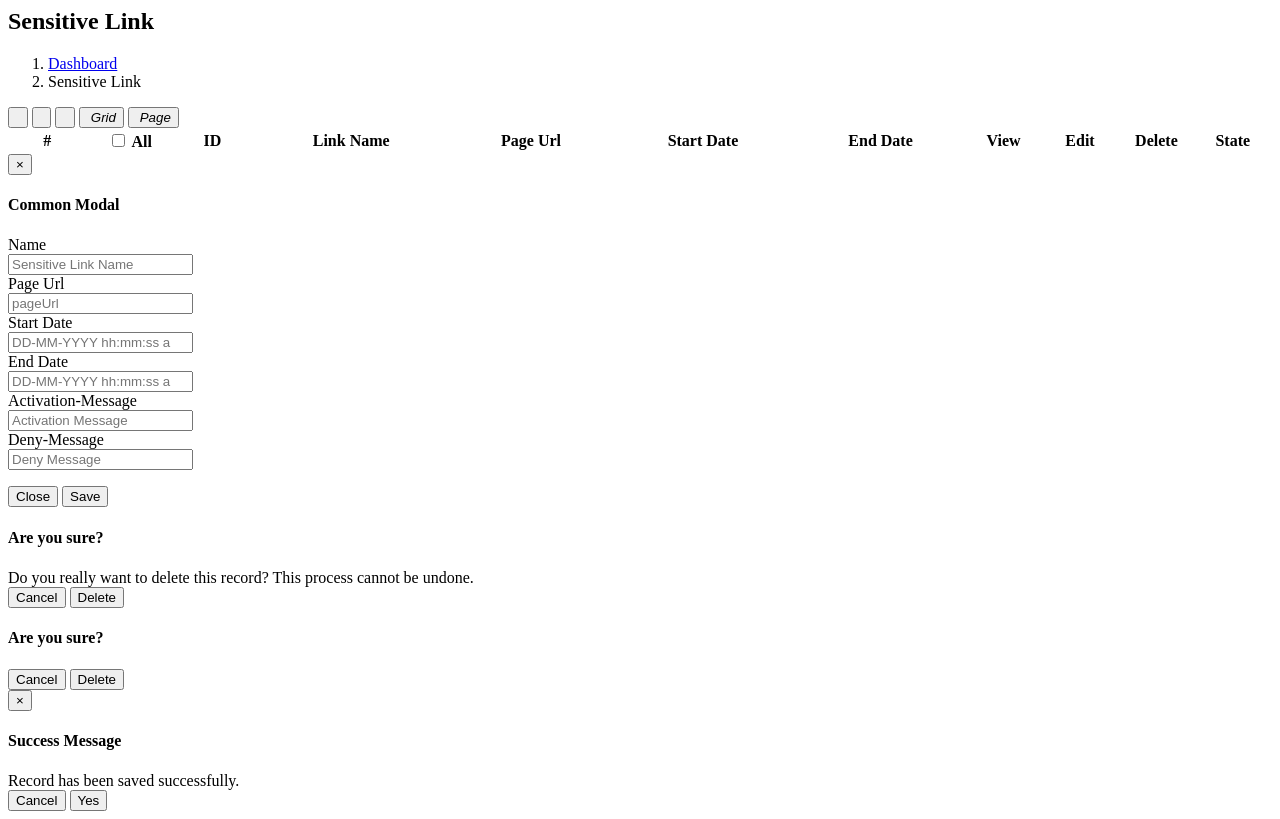
Repository: sanjeev167/IndiaOnLineVoting_3112020
Page: http://localhost/IndiaOnLineVoting/WEB-INF/jsp/adm/sensitiveLink.jsp
These files come from the project's save history. The page is drawn as it stood at one moment and after the next save; the edit follows.
The browser window is 1280 px wide. The pictures show the whole page.
The page is served by Tomcat 9. Nobody is signed in. Other server files are loaded and not shown. The template is opened directly, without the code that normally fills it, so the values that code supplies are empty.

Above is the page before, as saved 2020-11-09 03:41:08.
Console error: TypeError: $(...).DataTable is not a function

### IndiaOnLineVoting/src/main/webapp/WEB-INF/jsp/adm/sensitiveLink.jsp

<!-- Content Header (Page header) -->
<section class="content-header">
	<h1>Sensitive Link</h1>
	<ol class="breadcrumb">
		<li><a href="#"><i class="fa fa-dashboard"></i> Dashboard</a></li>
		<li class="active">Sensitive Link</li>
	</ol>
</section>



<!-- Main content -->
<section class="content container-fluid">
	<div class="row">
		<div class="col-md-12">
			<div class="box box-primary ">
				<div class="box-header with-border">

					<div class="box-title">
						<div class="box-tools pull-right">
							<button type="button">
								<i class="fa fa-plus addClass" data-toggle="modal">&nbsp;</i>
							</button>
							<button type="button" id="deleteSelected">
								<i class="fa fa-trash-o" data-toggle="modal">&nbsp;</i>
							</button>
							<button type="button">
								<i class="fa fa-search searchClass" data-toggle="modal">&nbsp;</i>
							</button>
							<button type="button" id="reloadGrid">
								<i class="fa fa-refresh">&nbsp;Grid</i>
							</button>
							<button type="button" id="refreshGrid">
								<i class="fa fa-refresh">&nbsp;Page</i>
							</button>
						</div>
					</div>
				</div>

				<div class="box-body ">
					<table width="100%" id="sensitiveLinkId"
						class="table table-striped table-bordered table-hover table-condensed dt-responsive data-table">
						<thead>
							<tr>
								<th width="6%">#</th>
								<th width="7%"><input id="chkAll" type="checkbox">&nbsp;All</th>
								<th width="6%">ID</th>
								<th>Link Name</th>
								<th>Page Url</th>
								<th>Start Date</th>
								<th>End Date</th>
								<th width="6%">View</th>
								<th width="6%">Edit</th>
								<th width="6%">Delete</th>
								<th width="6%">State</th>
							</tr>
						</thead>

					</table>
				</div>
				<!-- /.box-body -->
			</div>
			<!-- /.box -->
		</div>
		<!-- /.col -->
	</div>
</section>
<!-- /.content -->





<!-- Modals for this form -->
<!-- modal for add/update/view/search -->
<div class="modal fade" id="modal-common">
	<div class="modal-dialog modal-md">
		<div class="modal-content" style="border-radius: 10px;">
			<div class="modal-header">
				<button type="button" class="close" data-dismiss="modal"
					aria-label="Close">
					<span aria-hidden="true">&times;</span>
				</button>
				<h4 class="modal-title" id="commonModalTitleId">Common Modal</h4>
			</div>
			<div class="modal-body">
				<!-- form start -->
				<form class="form-horizontal" id="commonFormId" action="">
					<div class="box-body">
						<h5 id="successMsgId"></h5>
						<h5 id="searchMsgId"></h5>
						<div class="form-group">
							<label for="inputCountryName" class="col-sm-5 control-label">
								 Name</label>
							<div class="col-sm-7">
								<input type="select" class="form-control" name="name"
									id="nameId" placeholder="Sensitive Link Name"> <span
									id="name_err" class="field-error"></span>
							</div>
						</div>
						<div class="form-group">
							<label for="inputSortName" class="col-sm-5 control-label">
								Page Url</label>
							<div class="col-sm-7">
								<input type="text" class="form-control" name="pageUrl"
									id="pageUrlId" placeholder="pageUrl">
								<span id="pageUrl_err" class="field-error"></span>
							</div>
						</div>

						<div class="form-group" id="StartDateId2">
							<label for="StartDate" class="col-sm-5 control-label">
								Start Date</label>
							<div class="col-sm-7">
								<input type="text" min="0" class="form-control"
									name="activateStartDateS" id="activateStartDateSId"
									placeholder="DD-MM-YYYY hh:mm:ss a" data-inputmask="'mask': '99-99-9999 99:99:99 AA'" data-mask> <span
									id="activateStartDateS_err" class="field-error"></span>
							</div>
						</div>

						<div class="form-group" id="EndDateId2">
							<label for="StartDate" class="col-sm-5 control-label">
								End Date</label>
							<div class="col-sm-7">
								<input type="text" min="0" class="form-control"
									name="activateEndDateS" id="activateEndDateSId"
									placeholder="DD-MM-YYYY hh:mm:ss a" data-inputmask="'mask': '99-99-9999 99:99:99 AA'" data-mask> <span
									id="activateEndDateS_err" class="field-error"></span>
							</div>
						</div>

						<div class="form-group" id="activationMessageId2">
							<label for="activationMessage" class="col-sm-5 control-label">
								Activation-Message</label>
							<div class="col-sm-7">
								<input type="text" min="0" class="form-control"
									name="activationMessage" id="activationMessageId"
									placeholder="Activation Message" > <span
									id="activationMessage_err" class="field-error"></span>
							</div>
						</div>
						<div class="form-group" id="denyMessageId2">
							<label for="denyMessage" class="col-sm-5 control-label">
								Deny-Message</label>
							<div class="col-sm-7">
								<input type="text" min="0" class="form-control"
									name="denyMessage" id="denyMessageId"
									placeholder="Deny Message" > <span
									id="denyMessage_err" class="field-error"></span>
							</div>
						</div>


						<input hidden="true" name="id" id="sensitiveLinkRecordId" />
					</div>
					<!-- /.box-body -->

					<!-- /.box-footer -->
				</form>

			</div>
			<div class="modal-footer">
				<button type="button" class="btn btn-info" data-dismiss="modal">Close</button>
				<button type="button"
					class="btn btn-warning commonButtonActionClass"
					id="commonButtonActionId">Save</button>
			</div>
		</div>
		<!-- /.modal-content -->
	</div>
	<!-- /.modal-dialog -->
</div>
<!-- /.modal -->

<!-- modal for delete -->
<div class="modal fade" id="modal-delete">
	<div class="modal-dialog modal-sm modal-confirm">
		<div class="modal-content" style="border-radius: 10px;">
			<div class="modal-header">
				<h4 class="modal-title">Are you sure?</h4>

			</div>
			<div class="modal-body">
				<h5 id="deleteSuccessMsgId"></h5>
				<label>Do you really want to delete this record? This
					process cannot be undone.</label>
			</div>
			<input hidden="true" name="recordId" id="recordIdForDelete" />
			<div class="modal-footer">
				<button type="button" class="btn btn-info" data-dismiss="modal">Cancel</button>
				<button type="button" class="btn btn-danger" id="deleteFormButtonId">Delete</button>
			</div>
		</div>
		<!-- /.modal-content -->
	</div>
	<!-- /.modal-dialog -->
</div>
<!-- /.modal -->

<!-- modal for selected Delete -->
<div class="modal fade" id="modal-sDelete">
	<!-- modal for selected delete -->
	<div class="modal-dialog modal-sm modal-confirm">
		<div class="modal-content" style="border-radius: 10px;">
			<div class="modal-header">
				<h4 class="modal-title">Are you sure?</h4>

			</div>
			<div class="modal-body">
				<h5 id="deleteSelectedSuccessMsgId"></h5>
				<label id="showAllertMsg"></label>
				<div id="showSelectedRow" style="margin-top: 10px;"></div>

			</div>
			<div class="modal-footer">
				<button type="button" class="btn btn-info" data-dismiss="modal">Cancel</button>
				<button type="button" class="btn btn-danger"
					id="deleteSelFormButtonId">Delete</button>
			</div>

		</div>
		<!-- /.modal-content -->
	</div>
	<!-- /.modal-dialog -->
</div>
<!-- /.modal -->

<!-- modal for success -->
<div class="modal fade" id="modal-success">
	<div class="modal-dialog modal-sm modal-success">
		<div class="modal-content" style="border-radius: 10px;">
			<div class="modal-header">
				<button type="button" class="close" data-dismiss="modal"
					aria-label="Close">
					<span aria-hidden="true">&times;</span>
				</button>
				<h4 class="modal-title">Success Message</h4>
			</div>
			<div class="modal-body">
				<div class="modal-body">Record has been saved successfully.</div>
			</div>
			<div class="modal-footer">
				<button type="button" class="btn btn-default pull-left"
					data-dismiss="modal">Cancel</button>
				<button type="button" class="btn btn-primary">Yes</button>
			</div>
		</div>
		<!-- /.modal-content -->
	</div>
	<!-- /.modal-dialog -->
</div>
<!-- /.modal -->

<!-- End of modal for form -->



<!-- jQuery 3  -->
<script	src="https://ajax.googleapis.com/ajax/libs/jquery/3.4.1/jquery.min.js"></script>
<script	src="https://maxcdn.bootstrapcdn.com/bootstrap/3.4.0/js/bootstrap.min.js"></script>

<script src="${contextPath}/resources/assets/pageSpecific/js/sensitiveLink.js"></script>

Loaded but not shown: IndiaOnLineVoting/src/main/webapp/resources/assets/pageSpecific/js/sensitiveLink.js (663 lines, source omitted)

After the next save:
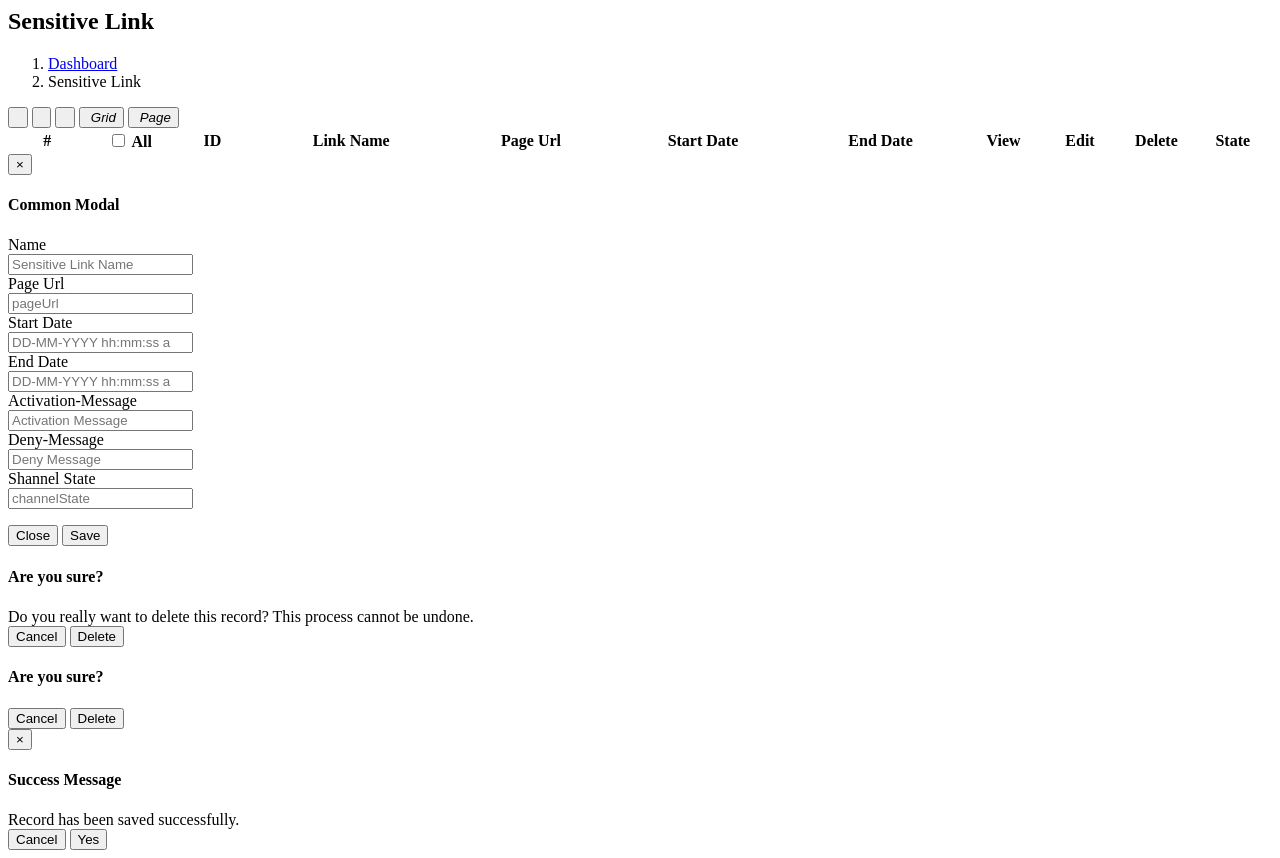
Saved 22 min 59 s later.
--- a/IndiaOnLineVoting/src/main/webapp/WEB-INF/jsp/adm/sensitiveLink.jsp
+++ b/IndiaOnLineVoting/src/main/webapp/WEB-INF/jsp/adm/sensitiveLink.jsp
@@ -151,6 +151,16 @@
 									id="denyMessage_err" class="field-error"></span>
 							</div>
 						</div>
+						<div class="form-group" id="channelStateId2">
+							<label for="channelState" class="col-sm-5 control-label">
+								Shannel State</label>
+							<div class="col-sm-7">
+								<input type="text" min="0" class="form-control"
+									name="channelState" id="channelStateId"
+									placeholder="channelState" > <span
+									id="channelState_err" class="field-error"></span>
+							</div>
+						</div>
 
 
 						<input hidden="true" name="id" id="sensitiveLinkRecordId" />
